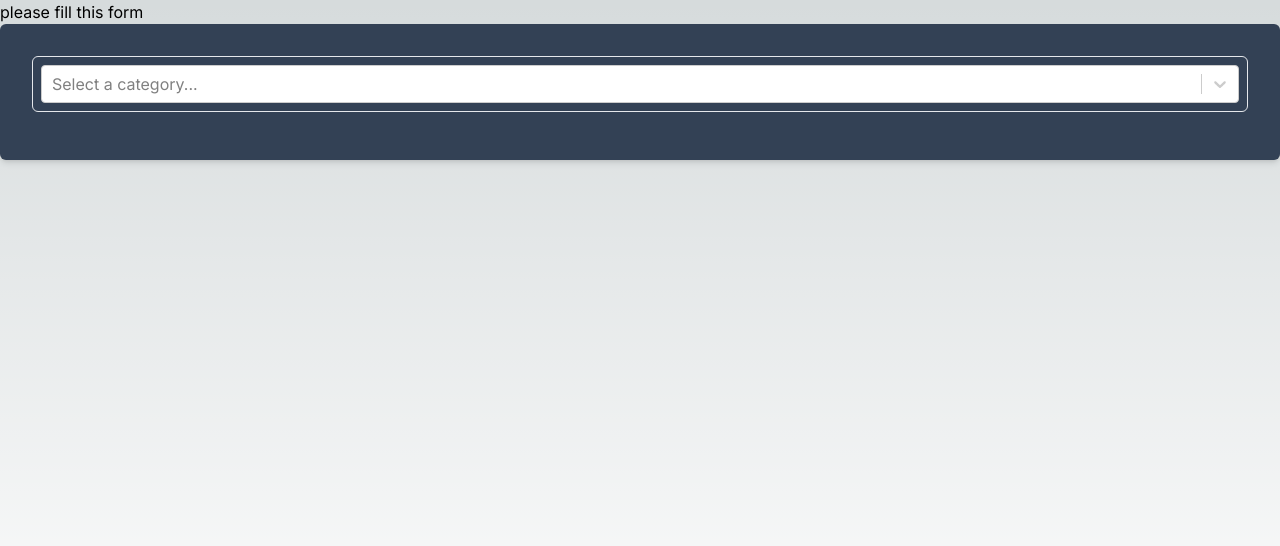
Repository: abdulrahmanmahmood/Mazaady-Portal-Frontend-Task-react-next--1
Page: /
These files come from the project's save history. The page is drawn as it stood at one moment and after the next save; the edit follows.
The browser window is 1280 px wide. The pictures show the whole page.
The page's requests for data from a server got no answer. The project was rebuilt for these pictures with package versions that can differ from the ones it lists, and the page was loaded fresh each time. The framework's server and built-in components were replaced by stand-ins that run in the browser. No one was signed in, and anything a server would have sent is missing. Also part of the build but not shown: next.config.mjs.

Above is the page before, as saved 2024-01-29 18:51:22.

After the next save:
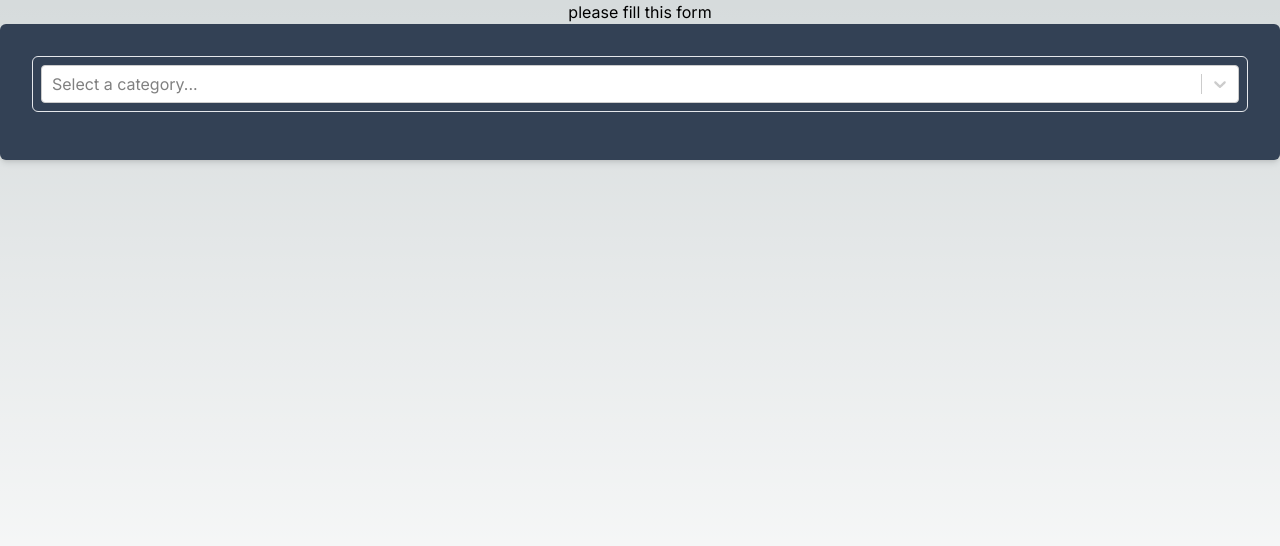
Saved 4 s later.
--- a/app/page.js
+++ b/app/page.js
@@ -48,7 +48,7 @@ export default function Home() {
 
   return (
     <main className=" h-screen">
-      <h2 className="">please fill this form</h2>
+      <h2 className="text-center">please fill this form</h2>
       <div className="bg-slate-700 p-8 rounded-md shadow-md w-full ">
         {/* Main Category Dropdown */}
         <Select
